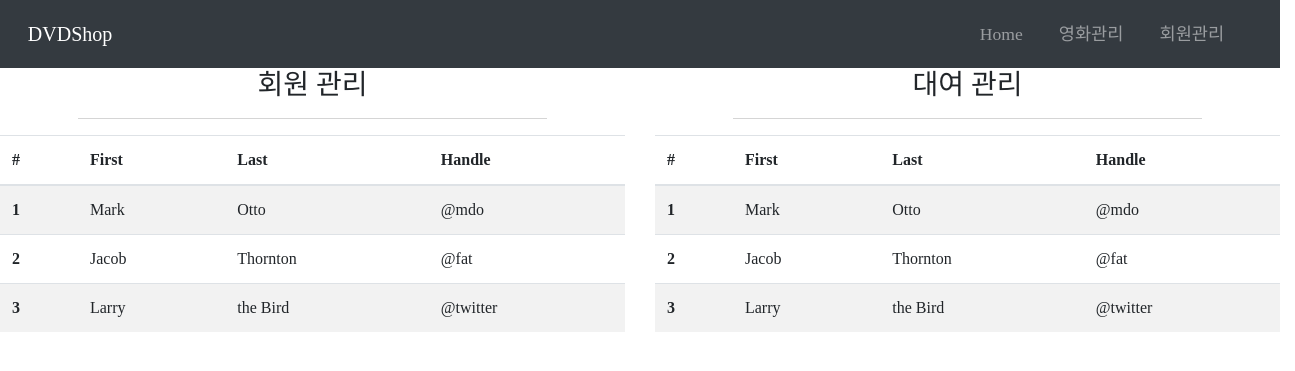
Repository: afterup/dvdshop
Page: http://localhost/shop_project/admin?action=user
An editor plug-in stored every save of this project. The page is shown before and after the next save, followed by the edit.
The browser window is 1280 px wide. The page is 1295 px wide, so the pictures cover 1295 px, including what lies to the right of the window. The pictures show the whole page.
The page is served by Tomcat 9. Other server files are loaded and not shown.

Above is the page before, as saved 2019-08-14 06:33:59.

### shop_project/WebContent/view/manager/admin_user.jsp
<%@ page language="java" contentType="text/html; charset=UTF-8"
    pageEncoding="UTF-8"%>
<!DOCTYPE html>
<html>
<head>
<meta charset="UTF-8">
<title>Insert title here</title>
<link rel="stylesheet"
	href="https://stackpath.bootstrapcdn.com/bootstrap/4.3.1/css/bootstrap.min.css"
	integrity="sha384-ggOyR0iXCbMQv3Xipma34MD+dH/1fQ784/j6cY/iJTQUOhcWr7x9JvoRxT2MZw1T"
	crossorigin="anonymous">
<link rel="stylesheet" href="../../css/style.css">
</head>
<body>


	<!-- Navigation -->
	<nav class="navbar navbar-expand-md navbar-dark bg-dark sticky-top">
		<div class="container-fluid">
			<a href="movie" class="navbar-brand">DVDShop</a>
			<button class="navbar-toggler" type="button" data-toggle="collapse"
				data-target="#navbarResponsive">
				<span class="navbar-toggler-icon"></span>
			</button>
			<div class="collapse navbar-collapse" id="navbarResponsive">
				<ul class="navbar-nav ml-auto">
					<li class="nav-item"><a class="nav-link" href="movie">Home</a></li>
					<li class="nav-item"><a class="nav-link" href="admin">영화관리</a></li>
					<li class="nav-item"><a class="nav-link" href="admin?action=user">회원관리</a></li>
				</ul>
			</div>
		</div>
	</nav>


	<div class="row">
		<div class="container col-6">
			<h3 class="text-center">회원 관리</h3>
			<hr class="light">
			<table class="table table-striped">
				<thead>
					<tr>
						<th scope="col">#</th>
						<th scope="col">First</th>
						<th scope="col">Last</th>
						<th scope="col">Handle</th>
					</tr>
				</thead>
				<tbody>
					<tr>
						<th scope="row">1</th>
						<td>Mark</td>
						<td>Otto</td>
						<td>@mdo</td>
					</tr>
					<tr>
						<th scope="row">2</th>
						<td>Jacob</td>
						<td>Thornton</td>
						<td>@fat</td>
					</tr>
					<tr>
						<th scope="row">3</th>
						<td>Larry</td>
						<td>the Bird</td>
						<td>@twitter</td>
					</tr>
				</tbody>
			</table>
		</div>
		<div class="container col-6">
			<h3 class="text-center">대여 관리</h3>
			<hr class="light">
			<table class="table table-striped">
				<thead>
					<tr>
						<th scope="col">#</th>
						<th scope="col">First</th>
						<th scope="col">Last</th>
						<th scope="col">Handle</th>
					</tr>
				</thead>
				<tbody>
					<tr>
						<th scope="row">1</th>
						<td>Mark</td>
						<td>Otto</td>
						<td>@mdo</td>
					</tr>
					<tr>
						<th scope="row">2</th>
						<td>Jacob</td>
						<td>Thornton</td>
						<td>@fat</td>
					</tr>
					<tr>
						<th scope="row">3</th>
						<td>Larry</td>
						<td>the Bird</td>
						<td>@twitter</td>
					</tr>
				</tbody>
			</table>
		</div>

	</div>


	<script src="https://code.jquery.com/jquery-3.3.1.slim.min.js"
		integrity="sha384-q8i/X+965DzO0rT7abK41JStQIAqVgRVzpbzo5smXKp4YfRvH+8abtTE1Pi6jizo"
		crossorigin="anonymous">

	</script>
	<script
		src="https://cdnjs.cloudflare.com/ajax/libs/popper.js/1.14.7/umd/popper.min.js"
		integrity="sha384-UO2eT0CpHqdSJQ6hJty5KVphtPhzWj9WO1clHTMGa3JDZwrnQq4sF86dIHNDz0W1"
		crossorigin="anonymous">

	</script>
	<script
		src="https://stackpath.bootstrapcdn.com/bootstrap/4.3.1/js/bootstrap.min.js"
		integrity="sha384-JjSmVgyd0p3pXB1rRibZUAYoIIy6OrQ6VrjIEaFf/nJGzIxFDsf4x0xIM+B07jRM"
		crossorigin="anonymous">

	</script>
</body>
</html>

### shop_project/src/com/movie/control/AdminServlet.java
package com.movie.control;

import java.io.IOException;
import java.sql.SQLException;
import java.util.List;

import javax.servlet.ServletException;
import javax.servlet.http.HttpServlet;
import javax.servlet.http.HttpServletRequest;
import javax.servlet.http.HttpServletResponse;

import com.movie.model.dao.AdminDAO;
import com.movie.model.dao.MovieDAO;
import com.movie.model.vo.MovieInfo;

public class AdminServlet extends HttpServlet {

	@Override
	protected void doPost(HttpServletRequest req, HttpServletResponse resp) throws ServletException, IOException {
		super.doPost(req, resp);
	}

	@Override
	protected void service(HttpServletRequest request, HttpServletResponse response) throws ServletException, IOException {

		request.setCharacterEncoding("UTF-8");

		String action = request.getParameter("action");
		System.out.println("action>"+action);

		AdminDAO dao = new AdminDAO();

		if(action==null) { //Admin 관리페이지. 영화
			try {
				List<MovieInfo> movieList = dao.selectAll();
				request.setAttribute("movieList", movieList);
			} catch (SQLException e) {
				e.printStackTrace();
			}
			request.getRequestDispatcher("/view/manager/admin.jsp").forward(request,response);
		}else if(action.equals("update")) {//영화 수정페이지
			try {
				int no = Integer.parseInt(request.getParameter("no"));
				System.out.println(no);
				List<MovieInfo> movieInfo = dao.selectInfo(no);
				request.setAttribute("movie", movieInfo.get(0));
				request.getRequestDispatcher("/view/manager/admin_update.jsp").forward(request,response);
			} catch (SQLException e) {
				e.printStackTrace();
			}
		}else if(action.equals("updateAction")) {//업데이트
			int movieid = Integer.parseInt(request.getParameter("no"));
			String movieNm = request.getParameter("movienm");
			String genreNm = request.getParameter("genrenm");
			String supervison = request.getParameter("supervison");
			String watchGradenm = request.getParameter("watchgradenm");
			String movieDesc = request.getParameter("moviedesc");
			int dvdamount = Integer.parseInt(request.getParameter("dvdamount"));

			MovieInfo movie = new MovieInfo(movieid,movieNm,null,movieDesc,genreNm,supervison,watchGradenm,dvdamount);
			System.out.println(movie);

			try {
				if(dao.updateMovie(movie)==1) {
					System.out.println("수정완료");
				}else {
					System.out.println("수정실패");
				}
				response.sendRedirect("admin");
			} catch (SQLException e) {
				e.printStackTrace();
			}
		}else if(action.equals("delete")) {
			int no = Integer.parseInt(request.getParameter("no"));
			System.out.println(no);
			try {
				if(dao.deleteMovie(no)==1) {
					System.out.println("삭제");

				}else {
					System.out.println("삭제실패");
				}
				response.sendRedirect("admin");
			} catch (SQLException e) {
				e.printStackTrace();
			}
		}else if(action.equals("insert")) {
			request.getRequestDispatcher("/view/manager/admin_insert.jsp").forward(request,response);

		}else if(action.equals("insertAction")) {
			String movieNm = request.getParameter("movienm");
			String genreNm = request.getParameter("genrenm");
			String supervison = request.getParameter("supervison");
			String watchGradenm = request.getParameter("watchgradenm");
			String movieDesc = request.getParameter("moviedesc");
			int dvdamount = Integer.parseInt(request.getParameter("dvdamount"));

			MovieInfo movie = new MovieInfo(0,movieNm,null,movieDesc,genreNm,supervison,watchGradenm,dvdamount);
			try {
				dao.insertMovie(movie);
				response.sendRedirect("admin");
			} catch (SQLException e) {
				e.printStackTrace();
			}

		}else if(action.equals("user")) {//회원, 대여관리

			request.getRequestDispatcher("/view/manager/admin_user.jsp").forward(request,response);
		}


	}
}

### shop_project/src/com/movie/model/dao/AdminDAO.java
package com.movie.model.dao;

import java.sql.SQLException;
import java.util.List;

import com.ibatis.sqlmap.client.SqlMapClient;
import com.movie.model.vo.MovieInfo;

import iba.MySqlMapClient;

public class AdminDAO {

	SqlMapClient sqlMap;

	public AdminDAO() {
		sqlMap = MySqlMapClient.getSqlMapInstance();
	}

	public List<MovieInfo> selectAll() throws SQLException {
		return sqlMap.queryForList("admin.selectAll");
	}

	public List<MovieInfo> selectInfo(int no) throws SQLException {
		return sqlMap.queryForList("admin.selectInfo",no);
	}

	public int updateMovie(MovieInfo movie) throws SQLException {
		return sqlMap.update("admin.movieUpdate",movie);
	}

	public int deleteMovie(int no) throws SQLException {
		return sqlMap.delete("admin.movieDelete",no);
	}

	public void insertMovie(MovieInfo movie) throws SQLException {
		sqlMap.insert("admin.movieInsert",movie);
	}
}

### shop_project/src/iba/MySqlMapClient.java
package iba;

import java.io.IOException;
import java.io.Reader;

import com.ibatis.common.resources.Resources;
import com.ibatis.sqlmap.client.SqlMapClient;
import com.ibatis.sqlmap.client.SqlMapClientBuilder;

public class MySqlMapClient {
   /*
       sqlMapConfig.xml문서(텍스트문서)를  객체화 시켜주는 클래스

                ★SqlMapClient클래스  : XML내에 작성된 sql문을 호출!!
    */

	private static final SqlMapClient sqlMap;

    static {

       try {
		String resource="./iba/sqlMapConfig.xml";
		   Reader reader = Resources.getResourceAsReader(resource);
		   sqlMap = SqlMapClientBuilder.buildSqlMapClient(reader);
	    } catch (IOException e) {
		  e.printStackTrace();
		  throw new RuntimeException("MySqlMapConfig초기화 중 에러: "+ e);
	   }
    }//static

    public static SqlMapClient getSqlMapInstance() {
    	return sqlMap;
    }
}

### shop_project/src/com/movie/model/vo/User.java
package com.movie.model.vo;

public class User {
	private String id;
	private String pass;
	private String email;
	private String address;


	public User() {
	}

	public User(String id, String pass, String email, String address) {
		super();
		this.id = id;
		this.pass = pass;
		this.email = email;
		this.address = address;
	}



	@Override
	public String toString() {
		return "User [id=" + id + ", pass=" + pass + ", email=" + email + ", address=" + address + "]";
	}



	public String getId() {
		return id;
	}

	public void setId(String id) {
		this.id = id;
	}

	public String getPass() {
		return pass;
	}

	public void setPass(String pass) {
		this.pass = pass;
	}

	public String getEmail() {
		return email;
	}

	public void setEmail(String email) {
		this.email = email;
	}

	public String getAddress() {
		return address;
	}

	public void setAddress(String address) {
		this.address = address;
	}



}

### shop_project/src/com/movie/model/vo/Rental.java
package com.movie.model.vo;

import java.sql.Date;

public class Rental {
	private int rentid;
	private Date rentdate;
	private String returnYN;
	private String userid;
	private int movieid;

	public Rental() {
	}

	public Rental(int rentid, Date rentdate, String returnYN, String userid, int movieid) {
		super();
		this.rentid = rentid;
		this.rentdate = rentdate;
		this.returnYN = returnYN;
		this.userid = userid;
		this.movieid = movieid;
	}



	@Override
	public String toString() {
		return "Rental [rentid=" + rentid + ", rentdate=" + rentdate + ", returnYN=" + returnYN + ", userid=" + userid
				+ ", movieid=" + movieid + "]";
	}


	public int getRentid() {
		return rentid;
	}

	public void setRentid(int rentid) {
		this.rentid = rentid;
	}

	public Date getRentdate() {
		return rentdate;
	}

	public void setRentdate(Date rentdate) {
		this.rentdate = rentdate;
	}

	public String getReturnYN() {
		return returnYN;
	}

	public void setReturnYN(String returnYN) {
		this.returnYN = returnYN;
	}

	public String getUserid() {
		return userid;
	}

	public void setUserid(String userid) {
		this.userid = userid;
	}

	public int getMovieid() {
		return movieid;
	}

	public void setMovieid(int movieid) {
		this.movieid = movieid;
	}




}

### shop_project/src/com/movie/model/vo/MovieInfo.java
package com.movie.model.vo;

public class MovieInfo {
	private int movieid;
	private String movienm;
	private String movieimg;
	private String moviedesc;
	private String genrenm;
	private String supervison;
	private String watchGradeNm;
	private int dvdamount;

	public MovieInfo(int movieid, String movienm, String movieimg, String moviedesc, String genrenm, String supervison,
			String watchGradeNm, int dvdamount) {
		super();
		this.movieid = movieid;
		this.movienm = movienm;
		this.movieimg = movieimg;
		this.moviedesc = moviedesc;
		this.genrenm = genrenm;
		this.supervison = supervison;
		this.watchGradeNm = watchGradeNm;
		this.dvdamount = dvdamount;
	}

	@Override
	public String toString() {
		return "MovieInfo [movieid=" + movieid + ", movienm=" + movienm + ", movieimg=" + movieimg + ", moviedesc="
				+ moviedesc + ", genrenm=" + genrenm + ", supervison=" + supervison + ", watchGradeNm=" + watchGradeNm
				+ ", dvdamount=" + dvdamount + "]";
	}

	public int getMovieid() {
		return movieid;
	}

	public void setMovieid(int movieid) {
		this.movieid = movieid;
	}

	public String getMovienm() {
		return movienm;
	}

	public void setMovienm(String movienm) {
		this.movienm = movienm;
	}

	public String getMovieimg() {
		return movieimg;
	}

	public void setMovieimg(String movieimg) {
		this.movieimg = movieimg;
	}

	public String getMoviedesc() {
		return moviedesc;
	}

	public void setMoviedesc(String moviedesc) {
		this.moviedesc = moviedesc;
	}

	public String getGenrenm() {
		return genrenm;
	}

	public void setGenrenm(String genrenm) {
		this.genrenm = genrenm;
	}

	public String getSupervison() {
		return supervison;
	}

	public void setSupervison(String supervison) {
		this.supervison = supervison;
	}

	public String getWatchGradeNm() {
		return watchGradeNm;
	}

	public void setWatchGradeNm(String watchGradeNm) {
		this.watchGradeNm = watchGradeNm;
	}

	public int getDvdamount() {
		return dvdamount;
	}

	public void setDvdamount(int dvdamount) {
		this.dvdamount = dvdamount;
	}



}

### shop_project/WebContent/css/style.css
html,
body {
    height: 100%;
    width: 100%;
    font-family: "sans-serif";
}

img {
    width: 100%;
}

#adminPage {
    background-color: rgb(250, 249, 242);
}

.navbar {
    padding: .8rem;
}

.navbar-nav li {
    padding-right: 20px;
}

.nav-link {
    font-size: 1.1em !important;
}

.carousel-inner img {
    width: 100%;
    height: 100%;
}

.btn-info {
    background-color: rgb(57, 55, 66);
    color: rgb(240, 240, 240);
    border-color: rgb(57, 55, 66);
}

.jumbotron {
    padding: 1rem;
}

.padding {
    padding-bottom: 2rem;
}

footer {
    background-color: #3f3f3f;
    color: #d5d5d5;
    padding: 2rem;
}

hr.light {
    border-top: 1px solid #d5d5d5;
    width: 75%;
}

### shop_project/WebContent/view/common/header.jsp
<%@ page language="java" contentType="text/html; charset=UTF-8"
    pageEncoding="UTF-8"%>
<!DOCTYPE html>
<html>
<head>
<meta charset="UTF-8">
<title>Insert title here</title>
</head>
<body>

	<!-- Navigation -->
    <nav class="navbar navbar-expand-md navbar-dark bg-dark sticky-top">
        <div class="container-fluid">
            <a href="movie" class="navbar-brand">DVDShop</a>
            <button class="navbar-toggler" type="button" data-toggle="collapse" data-target="#navbarResponsive">
                <span class="navbar-toggler-icon"></span>
            </button>
            <div class="collapse navbar-collapse" id="navbarResponsive">
                <ul class="navbar-nav ml-auto">
                    <li class="nav-item"><a class="nav-link" href="movie">Home</a></li>
                    <li class="nav-item"><a class="nav-link" href="movie?action=moviePage">Movie</a></li>
                    <li class="nav-item"><a class="nav-link" href="movie?action=mypage">Mypage</a></li>
                    <li class="nav-item"><a class="nav-link" href="movie?action=cart">Cart</a></li>

                   <%
                   	String id = (String)request.getSession().getAttribute("id");
                   	System.out.print("id="+id);
                   	if(id == null){
                   %>
                    <li class="nav-item"><a href="movie?action=login" class="nav-link">Login</a></li>
               	   <%
                   	}else{
               	   %>
                    <li class="nav-item"><a href="movie?action=logout" class="nav-link">Logout</a></li>
               	   <%
                   	}
               	   %>
                </ul>
            </div>
        </div>
    </nav>

</body>
</html>

After the next save:
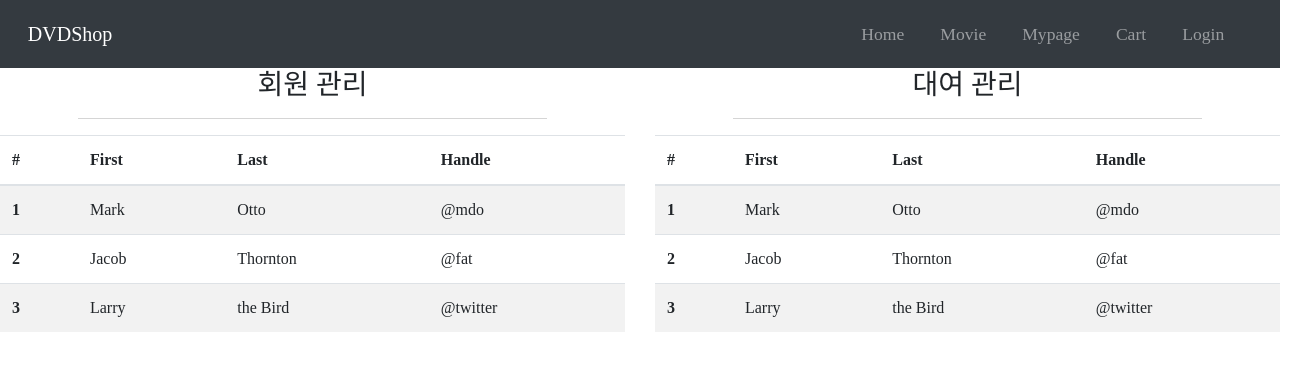
Saved 8 s later.
--- a/shop_project/WebContent/view/manager/admin_user.jsp
+++ b/shop_project/WebContent/view/manager/admin_user.jsp
@@ -15,22 +15,7 @@
 
 
 	<!-- Navigation -->
-	<nav class="navbar navbar-expand-md navbar-dark bg-dark sticky-top">
-		<div class="container-fluid">
-			<a href="movie" class="navbar-brand">DVDShop</a>
-			<button class="navbar-toggler" type="button" data-toggle="collapse"
-				data-target="#navbarResponsive">
-				<span class="navbar-toggler-icon"></span>
-			</button>
-			<div class="collapse navbar-collapse" id="navbarResponsive">
-				<ul class="navbar-nav ml-auto">
-					<li class="nav-item"><a class="nav-link" href="movie">Home</a></li>
-					<li class="nav-item"><a class="nav-link" href="admin">영화관리</a></li>
-					<li class="nav-item"><a class="nav-link" href="admin?action=user">회원관리</a></li>
-				</ul>
-			</div>
-		</div>
-	</nav>
+	<%@ include file="/view/common/header.jsp" %>
 
 
 	<div class="row">
